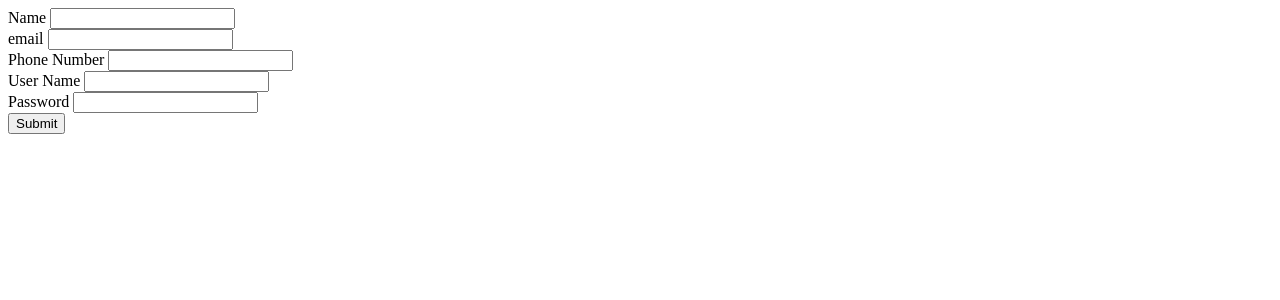
Repository: samidisjg/Login-Demo-Java-Servlet
Page: http://localhost/CustomerDemo/customerinsert.jsp
The author's editor kept a copy of each file at every save. The page is drawn from the files as they stood at one save, then again after the next save.
The browser window is 1280 px wide. The pictures show the whole page.
The page is served by Tomcat 9. Other server files are loaded and not shown.

Above is the page before, as saved 2023-07-13 22:00:28.

### java servlet/CustomerDemo/src/main/webapp/customerinsert.jsp
<%@ page language="java" contentType="text/html; charset=ISO-8859-1"
    pageEncoding="ISO-8859-1"%>
<!DOCTYPE html>
<html>
<head>
<meta charset="ISO-8859-1">
<title>Insert title here</title>
</head>
<body>

	<form action = "#" method="POST">
		Name <input type="text" name="name"><br>
		email <input type="text" name="email"><br>
		Phone Number <input type="text" name="phone"><br>
		User Name <input type="text" name="uid"><br>
		Password <input type="password" name="psw"><br>

		<input type="submit" name="submit"bvalue="Create Customer"><br>




	</form>

</body>
</html>

After the next save:
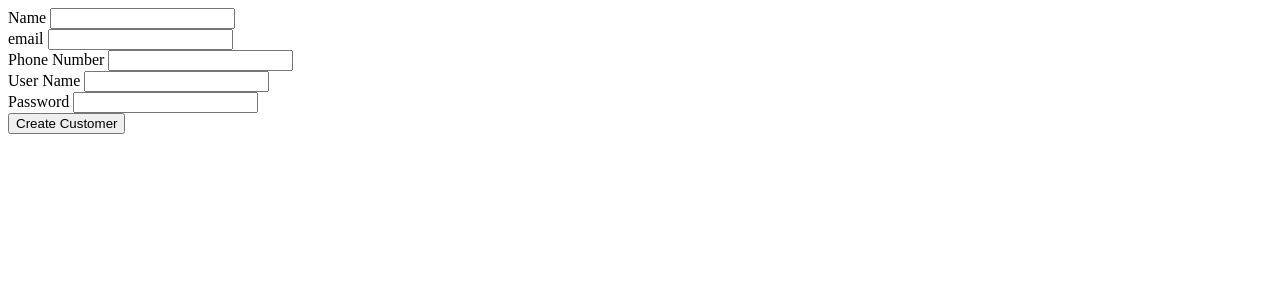
Saved 29 s later.
--- a/java servlet/CustomerDemo/src/main/webapp/customerinsert.jsp
+++ b/java servlet/CustomerDemo/src/main/webapp/customerinsert.jsp
@@ -15,7 +15,7 @@
 		User Name <input type="text" name="uid"><br>
 		Password <input type="password" name="psw"><br>
 
-		<input type="submit" name="submit"bvalue="Create Customer"><br>
+		<input type="submit" name="submit" value="Create Customer"><br>
 
 
 
